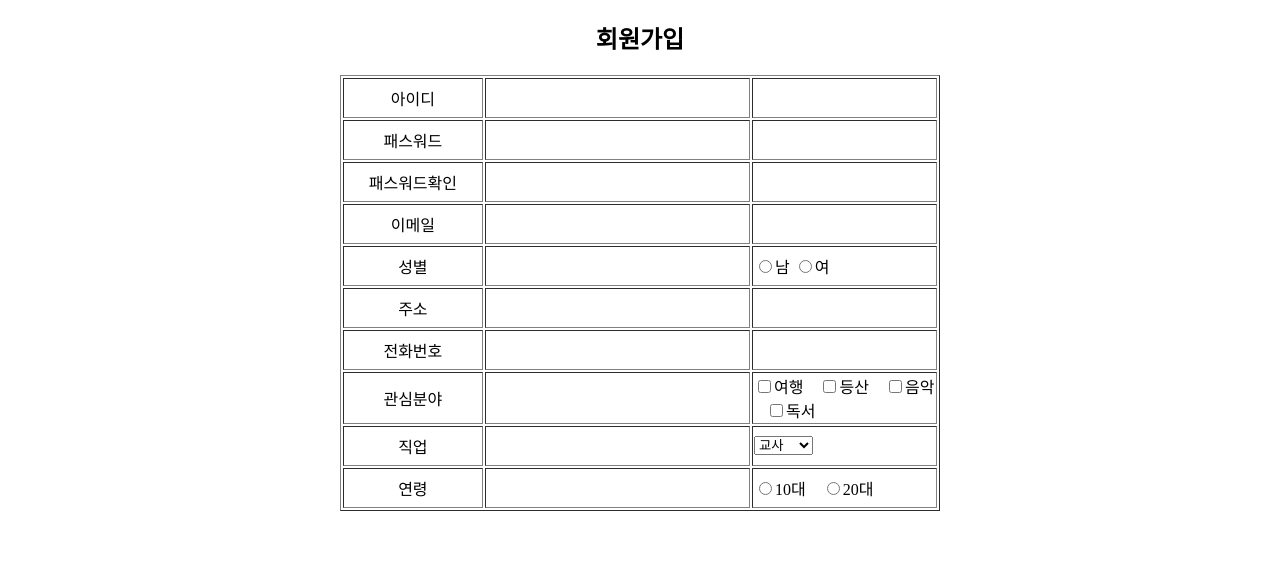
Repository: topblame/Bootcamp
Page: http://localhost/JSP_250408/chapter01/02_member.jsp
An editor plug-in stored every save of this project. The page is shown before and after the next save, followed by the edit.
The browser window is 1280 px wide. The pictures show the whole page.
The page is served by Tomcat 9. Other server files are loaded and not shown.

Above is the page before, as saved 2025-06-24 03:56:50.

### WebMvc/JSP_250408/src/main/webapp/chapter01/02_member.jsp
<%@ page language="java" contentType="text/html; charset=UTF-8"
	pageEncoding="UTF-8"%>
<!DOCTYPE html PUBLIC "-//W3C//DTD HTML 4.01 Transitional//EN" "http://www.w3.org/TR/html4/loose.dtd">

<html>
<head>
<meta charset="UTF-8">
<title>Insert title here</title>
</head>
<body>
	<center>
		<h2>회원가입</h2>
		<form action="MemberJoinProc.jsp">
			<table width="600" border="1">
				<tr height="40">
					<td width="200" align="center">아이디</td>
					<td width = "400" align = "left"></td>
					<td>
						<input type="text" name="id" style="border: none; outline: none;">
					</td>
				</tr>

				<tr height="40">
					<td width="200" align="center">패스워드</td>
					<td width = "400" align = "left"></td>
					<td>
						<input type="password" name="pass1" style="border: none; outline: none;">
					</td>
				</tr>

				<tr height="40">
					<td width="200" align="center">패스워드확인</td>
					<td width = "400" align = "left"></td>
					<td>
						<input type="password" name="pass2" style="border: none; outline: none;">
					</td>
				</tr>

				<tr height="40">
					<td width="200" align="center">이메일</td>
					<td width = "400" align = "left"></td>
					<td>
						<input type="email" name="email" style="border: none; outline: none;">
					</td>
				</tr>

				<tr height="40">
					<td width="200" align="center">성별</td>
					<td width = "400" align = "left"></td>
					<td>
						<input type="radio" name= "gender" value = "남">남
						<input type="radio" name= "gender" value = "여">여
					</td>
				</tr>

				<tr height="40">
					<td width="200" align="center">주소</td>
					<td width = "400" align = "left"></td>
					<td>
						<input type="text" name= "address" style="border: none; outline: none;">

					</td>
				</tr>

				<tr height="40">
					<td width="200" align="center">전화번호</td>
					<td width = "400" align = "left"></td>
					<td>
						<input type="phone" name= "phone" style="border: none; outline: none;">

					</td>
				</tr>

				<tr height="40">
					<td width="200" align="center">관심분야</td>
					<td width = "400" align = "left"></td>
					<td>
						<input type="checkbox" name= "hobby" value = "여행">여행 &nbsp;&nbsp;
						<input type="checkbox" name= "hobby" value = "등산">등산 &nbsp;&nbsp;
						<input type="checkbox" name= "hobby" value = "음악">음악 &nbsp;&nbsp;
						<input type="checkbox" name= "hobby" value = "독서">독서 &nbsp;&nbsp;
					</td>
				</tr>

				<tr height="40">
					<td width="200" align="center">직업</td>
					<td width = "400" align = "left"></td>
					<td>
						<select name = "job">
						<option value = "교사">교사</option>
						<option value = "유튜버">유튜버</option>
						<option value = "의사">의사</option>
						<option value = "기술사">기술사</option>
						</select>
					</td>
				</tr>

				<tr height="40">
					<td width="200" align="center">연령</td>
					<td width = "400" align = "left"></td>
					<td>
						<input type="radio" name= "age" value = "10">10대 &nbsp;&nbsp;
						<input type="radio" name= "age" value = "20">20대 &nbsp;&nbsp;
						</select>
					</td>
				</tr>

			</table>
		</form>
	</center>
</body>
</html>

After the next save:
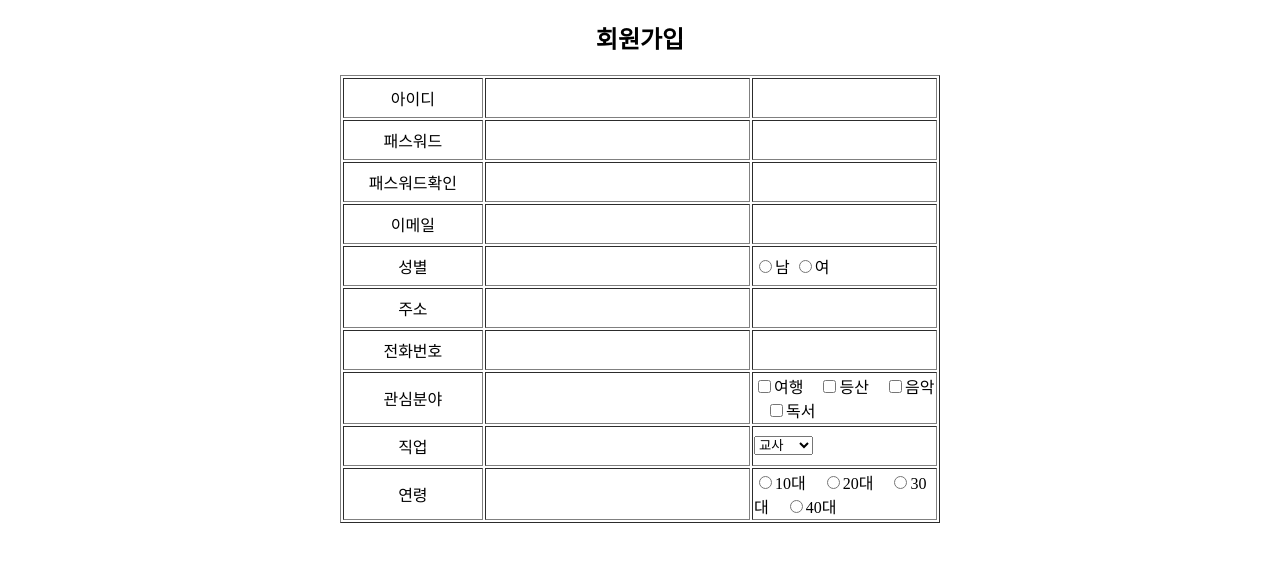
Saved 11 s later.
--- a/WebMvc/JSP_250408/src/main/webapp/chapter01/02_member.jsp
+++ b/WebMvc/JSP_250408/src/main/webapp/chapter01/02_member.jsp
@@ -101,6 +101,8 @@
 					<td>
 						<input type="radio" name= "age" value = "10">10대 &nbsp;&nbsp;
 						<input type="radio" name= "age" value = "20">20대 &nbsp;&nbsp;
+						<input type="radio" name= "age" value = "30">30대 &nbsp;&nbsp;
+						<input type="radio" name= "age" value = "40">40대 &nbsp;&nbsp;
 						</select>
 					</td>
 				</tr>
